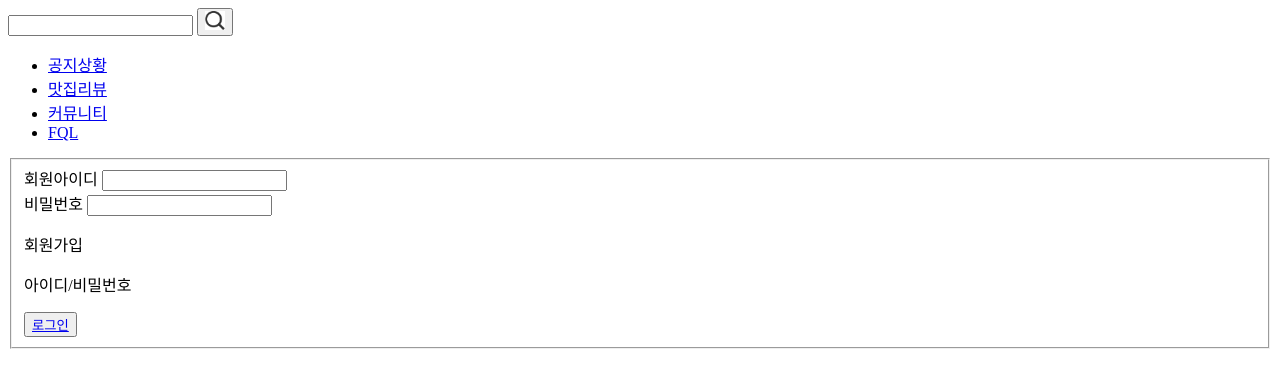
Repository: cally91/VegetLife
Page: http://localhost/VegetLife/
An editor plug-in stored every save of this project. The page is shown before and after the next save, followed by the edit.
The browser window is 1280 px wide. The pictures show the whole page.
The page is served by Tomcat 9.

Above is the page before, as saved 2019-07-10 03:46:40.

After the next save:
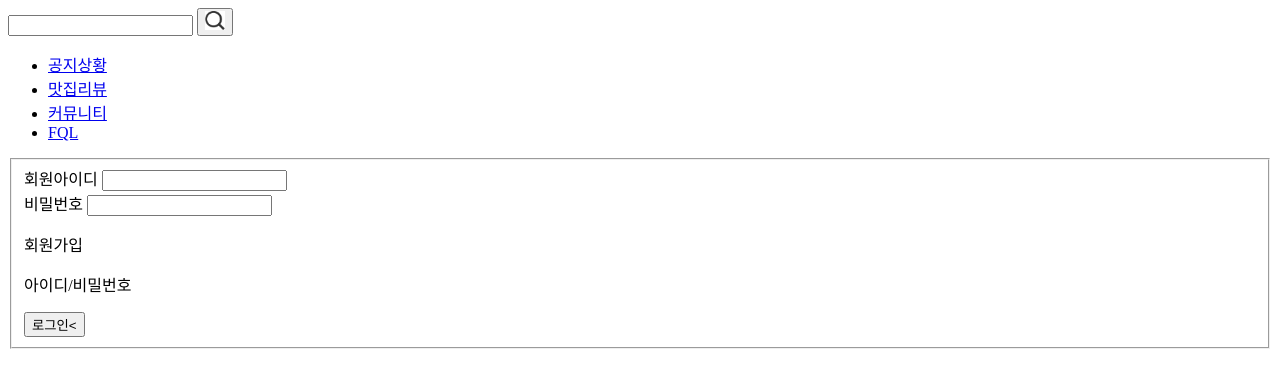
Saved 47 s later.
--- a/VegetLife/src/main/webapp/WEB-INF/views/home.jsp
+++ b/VegetLife/src/main/webapp/WEB-INF/views/home.jsp
@@ -31,8 +31,9 @@
 	</div>
 	<div>
 	<p>회원가입</p><p>아이디/비밀번호</p>
-	<button><a href="#">로그인</a></button>
 	</div>
+	<button>로그인<</button>
+
 	</fieldset>
 	</form>
 </body>
